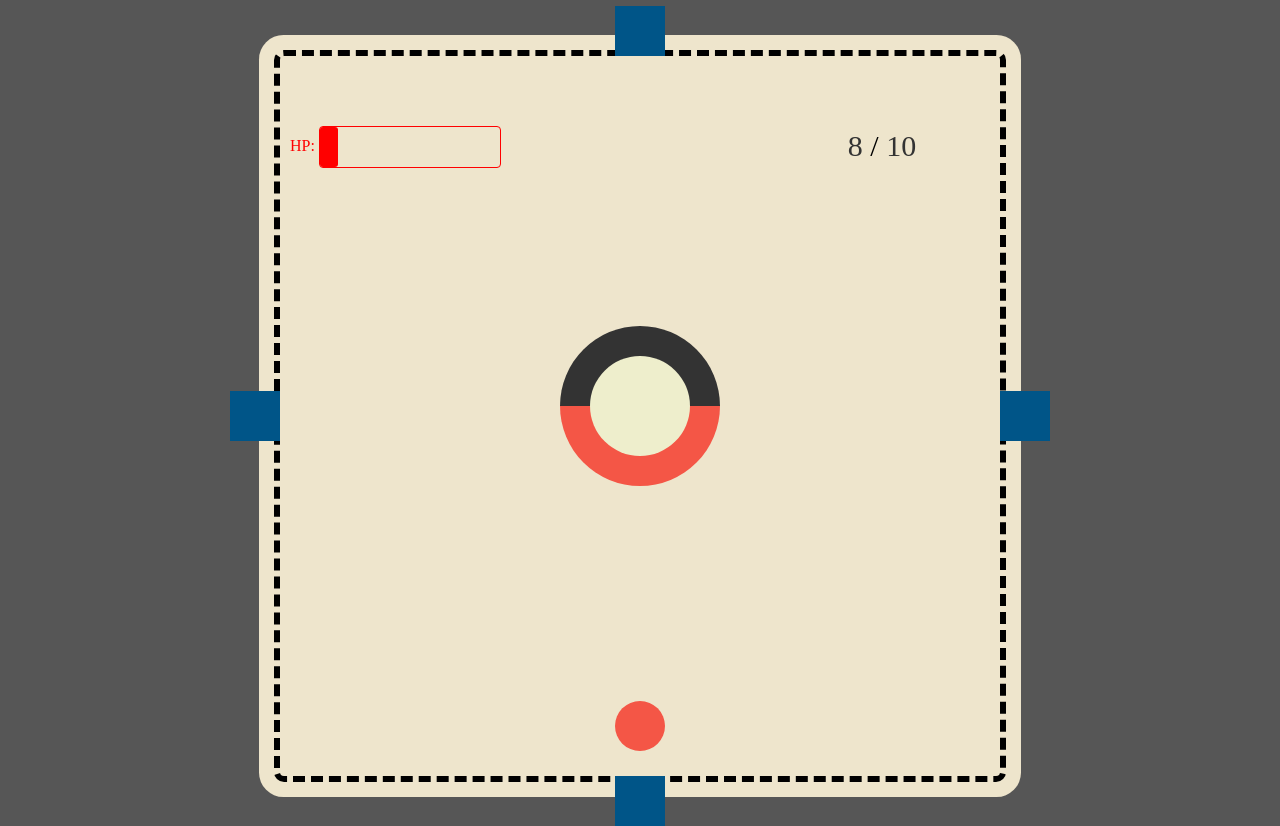
Repository: EEETA/ball-game
Page: theBall2/index.html
These files come from the project's save history. The page is drawn as it stood at one moment and after the next save; the edit follows.
The browser window is 1280 px wide. The pictures show the whole page.
After loading, the first visible `button.start` was clicked once.

Above is the page before, as saved 2018-08-03 17:12:26.

After the next save:
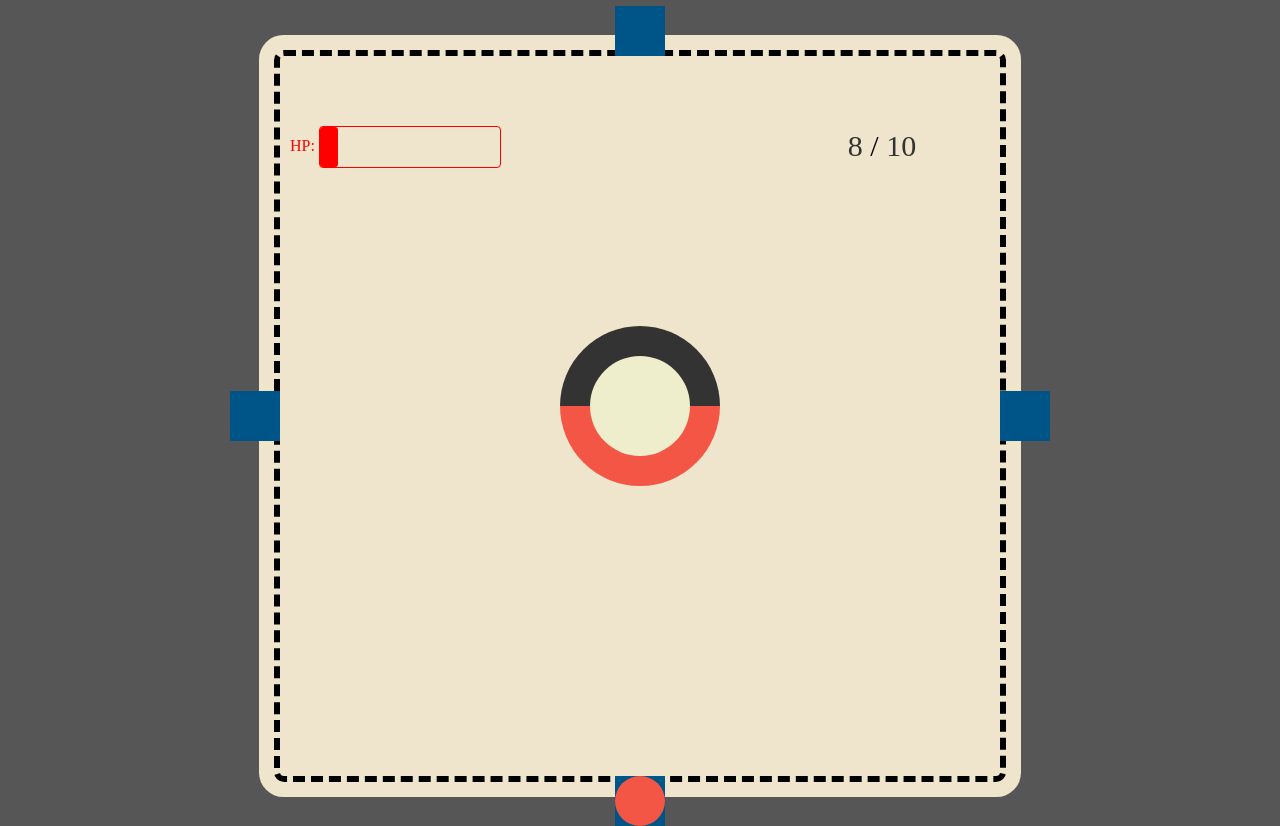
Saved 21 s later.
--- a/theBall2/js/index.js
+++ b/theBall2/js/index.js
@@ -161,8 +161,8 @@
     let chooseBox=parseInt(Math.random()*launchNum);/*随机放到各发射器中*/
 
     $('<div class="launchBall" style="background:'+ballFour[chooseColor]+';"></div>').appendTo($('.launcher')[chooseBox]);
-    var this_ball=$('.launchBall');
-    setTimeout(function(){ballmove(this_ball,chooseBox,patternNow)},delayed);
+    // var this_ball=$('.launchBall');
+    // setTimeout(function(){ballmove(this_ball,chooseBox,patternNow)},delayed);
 }
 
 /*小球运动*/

After the 4 saves that followed:
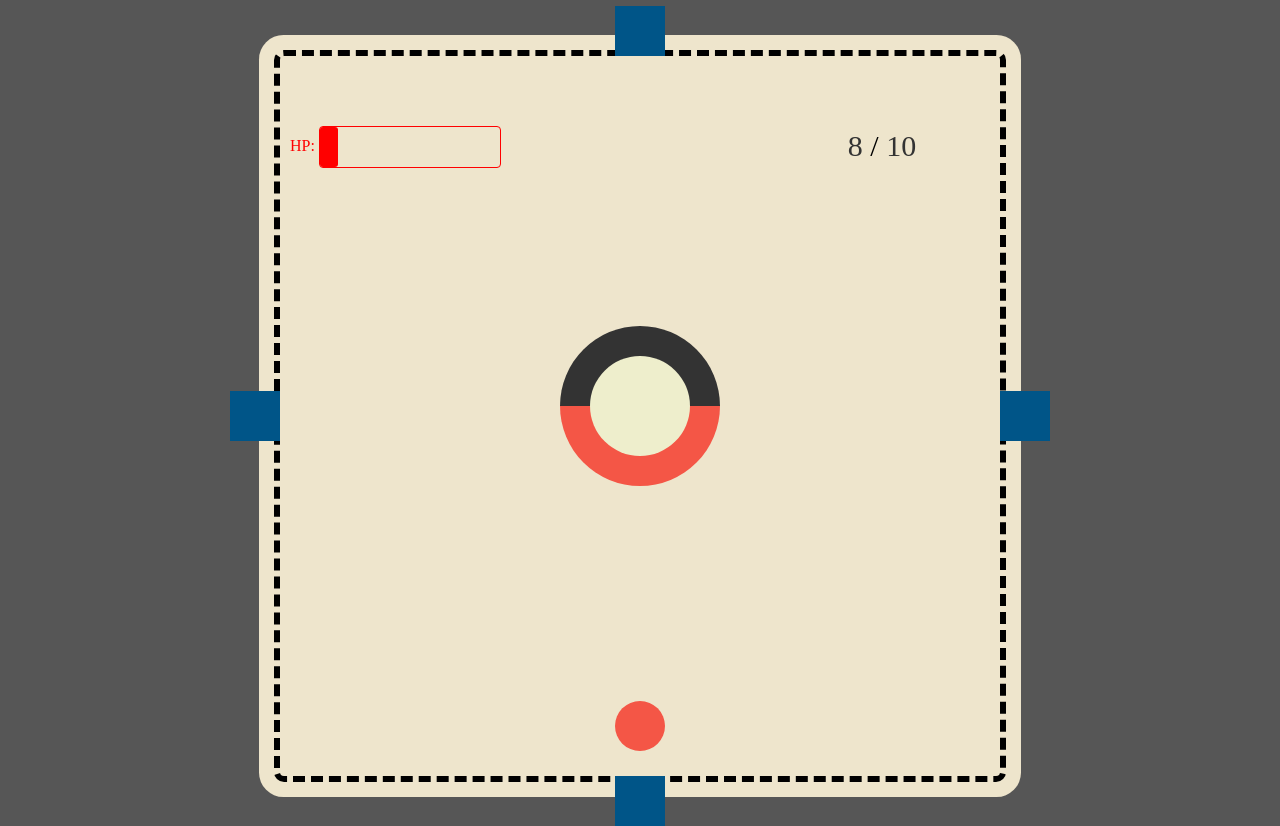
The 4 saves are shown as one change because 3 left the picture as it was.
The last was saved 3 min 41 s later.
--- a/theBall2/js/index.js
+++ b/theBall2/js/index.js
@@ -161,8 +161,8 @@
     let chooseBox=parseInt(Math.random()*launchNum);/*随机放到各发射器中*/
 
     $('<div class="launchBall" style="background:'+ballFour[chooseColor]+';"></div>').appendTo($('.launcher')[chooseBox]);
-    // var this_ball=$('.launchBall');
-    // setTimeout(function(){ballmove(this_ball,chooseBox,patternNow)},delayed);
+    var this_ball=$('.launchBall');
+    setTimeout(function(){ballmove(this_ball,chooseBox,patternNow)},delayed);
 }
 
 /*小球运动*/
